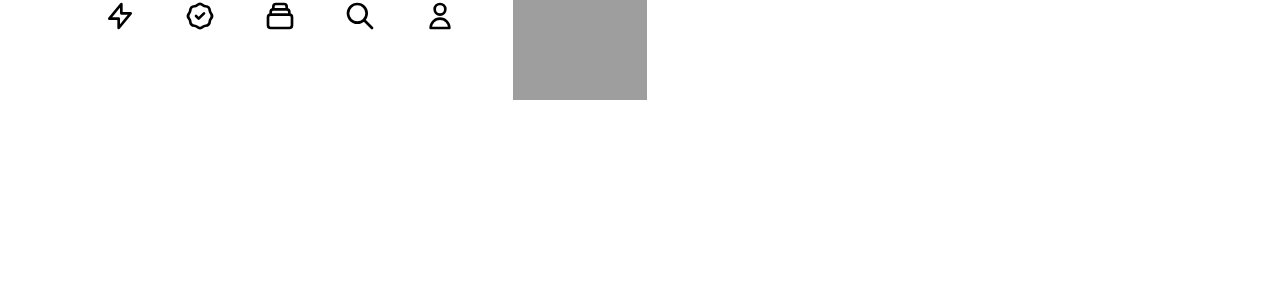
Repository: jafredk/hulu-2
Page: /
The author's editor kept a copy of each file at every save. The page is drawn from the files as they stood at one save, then again after the next save.
The browser window is 1280 px wide. The pictures show the whole page.
Pictures or frames that could not be fetched are drawn as grey boxes. The project was rebuilt for these pictures with package versions that can differ from the ones it lists, and the page was loaded fresh each time. The framework's server and built-in components were replaced by stand-ins that run in the browser. Also part of the build but not shown: next.config.js.

Above is the page before, as saved 2021-11-01 13:41:07.

### pages/index.js
import Head from 'next/head'
import Image from 'next/image'
import Header from '../components/Header'


export default function Home() {
  return (
    <div>
      <Head>
        <title>HULU</title>
        <meta name="description" content="Generated by create next app" />
        <link rel="icon" href="/favicon.ico" />
      </Head>



      {/* Header */}
      <Header />



      {/* Nav */}


      {/* Results */}
    </div>
  )
}

### components/Header.js
import {
    BadgeCheckIcon,
    CollectionIcon,
    HomeIcon,
    LightningBoltIcon,
    SearchIcon,
    UserIcon,
} from "@heroicons/react/outline";

import Image from 'next/image'
import HeaderItem from './HeaderItem';

function Header() {
    return (
        <header className="flex">
            <div className="flex">
                <HeaderItem title='HOME' Icon={HomeIcon} />
                <HeaderItem title='TRENDING' Icon={LightningBoltIcon} />
                <HeaderItem title='VERIFIED' Icon={BadgeCheckIcon} />
                <HeaderItem title='COLLECTIONS' Icon={CollectionIcon} />
                <HeaderItem title='SEARCH' Icon={SearchIcon} />
                <HeaderItem title='ACCOUNT' Icon={UserIcon} />
            </div>


            <Image className="object-contain bg " src="https://links.papareact.com/ua6" width={200} height={100} />
        </header>
    );
}

export default Header;

### components/HeaderItem.js
function HeaderItem({ Icon, title }) {
    return (
        <div className=" flex flex-col items-center cursor-pointer group w-12 sm:w-20 hover:text-white ">
            <Icon className="h-8 mb-1 group-hover:animate-bounce" />
            <p className=" opacity-0 group-hover:opacity-100  tracking-widest">{title}</p>
        </div>
    );
}

export default HeaderItem;

Loaded but not shown: pages/_app.js (common file); styles/globals.css (common file)

After the next save:
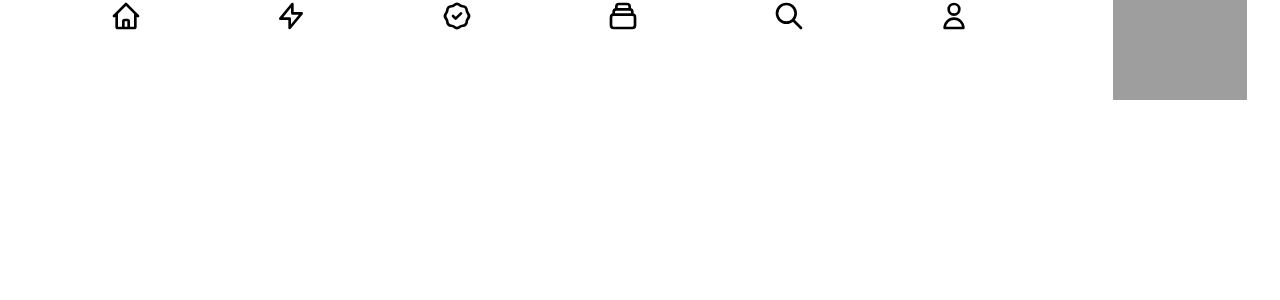
Saved 37 s later.
--- a/components/Header.js
+++ b/components/Header.js
@@ -13,7 +13,7 @@ import HeaderItem from './HeaderItem';
 function Header() {
     return (
         <header className="flex">
-            <div className="flex">
+            <div className="flex flex-grow justify-evenly">
                 <HeaderItem title='HOME' Icon={HomeIcon} />
                 <HeaderItem title='TRENDING' Icon={LightningBoltIcon} />
                 <HeaderItem title='VERIFIED' Icon={BadgeCheckIcon} />
